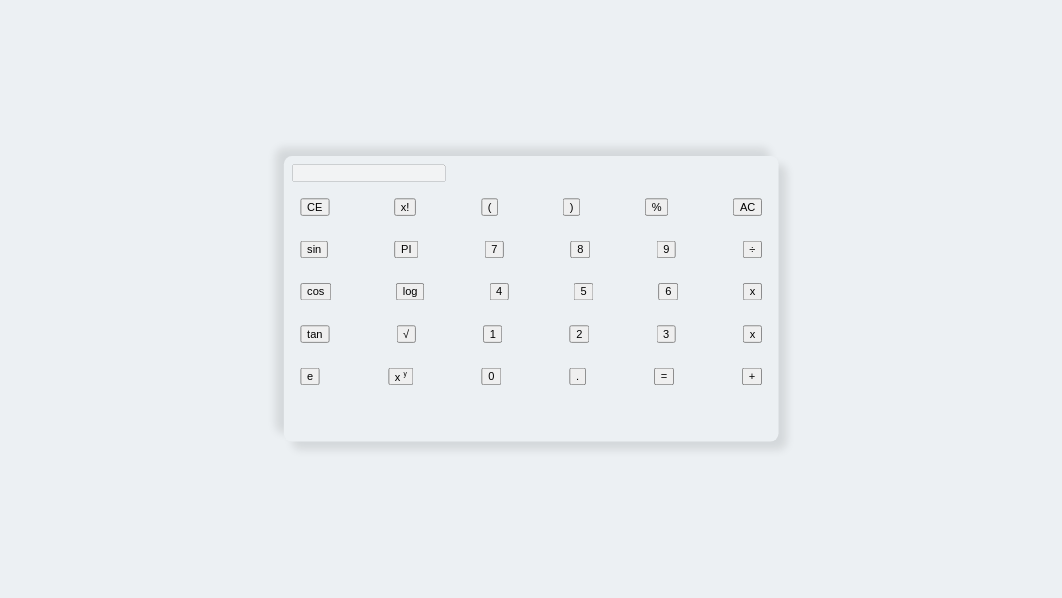
Repository: Haakim19/Scientific-Calculator
Page: intex.html
An editor plug-in stored every save of this project. The page is shown before and after the next save, followed by the edit.
The browser window is 1280 px wide. The pictures show the whole page, at 83% of full size.

Above is the page before, as saved 2024-10-27 11:54:20.

After the next save:
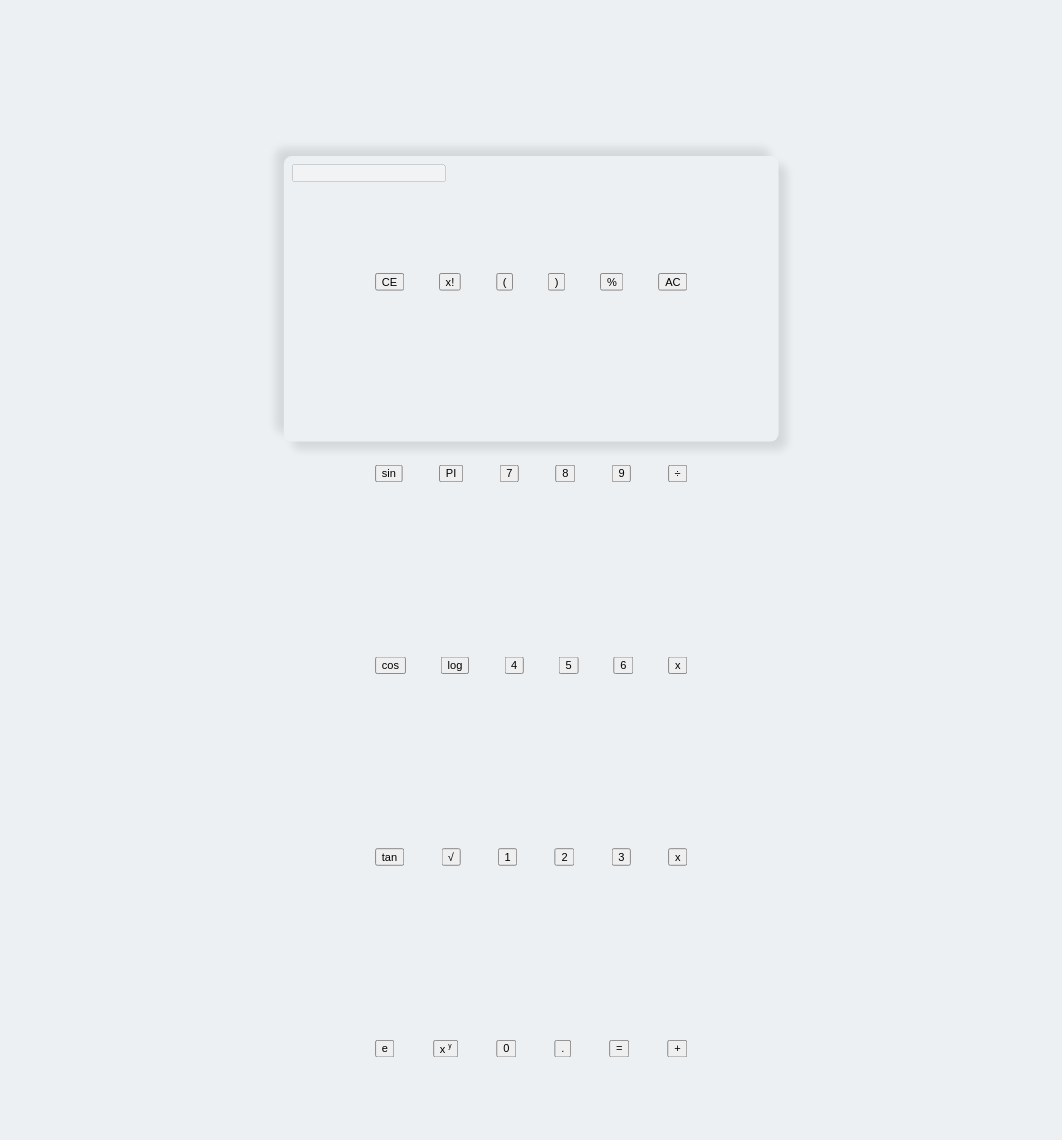
Saved 7 s later.
--- a/Style.css
+++ b/Style.css
@@ -22,5 +22,5 @@
     display: flex;
     justify-content: space-between;
     margin: 10px 0;
-    padding: 10px;
+    padding: 100px;
 }

After the save that followed:
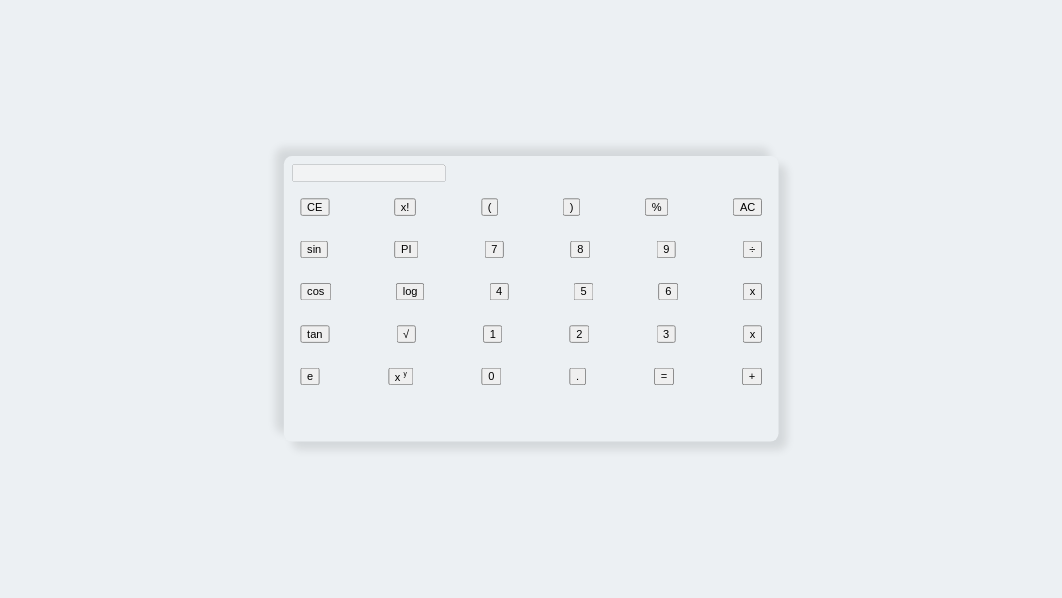
Saved 29 s later.
--- a/Style.css
+++ b/Style.css
@@ -22,5 +22,5 @@
     display: flex;
     justify-content: space-between;
     margin: 10px 0;
-    padding: 100px;
+    padding: 10px;
 }
